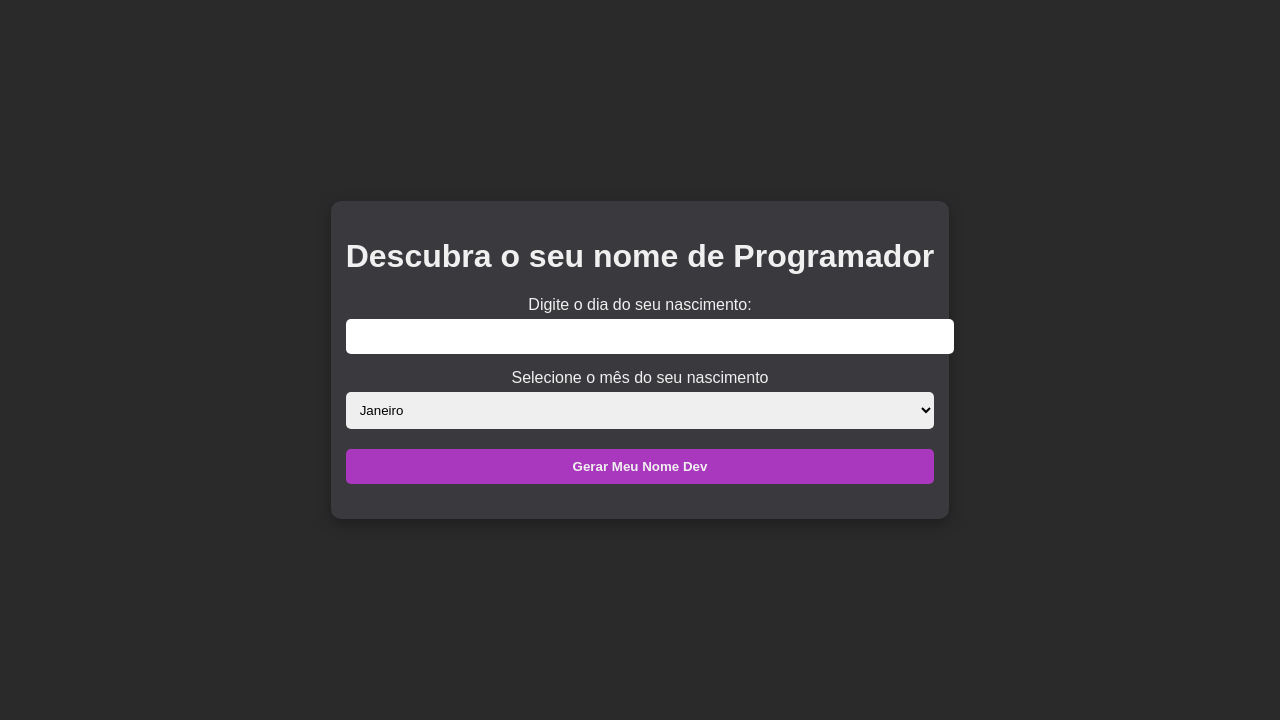
Repository: analessp/seu-nome-dev
Page: index.html
These files come from the project's save history. The page is drawn as it stood at one moment and after the next save; the edit follows.
The browser window is 1280 px wide. The pictures show the whole page.

Above is the page before, as saved 2025-05-13 11:21:52.

After the next save:
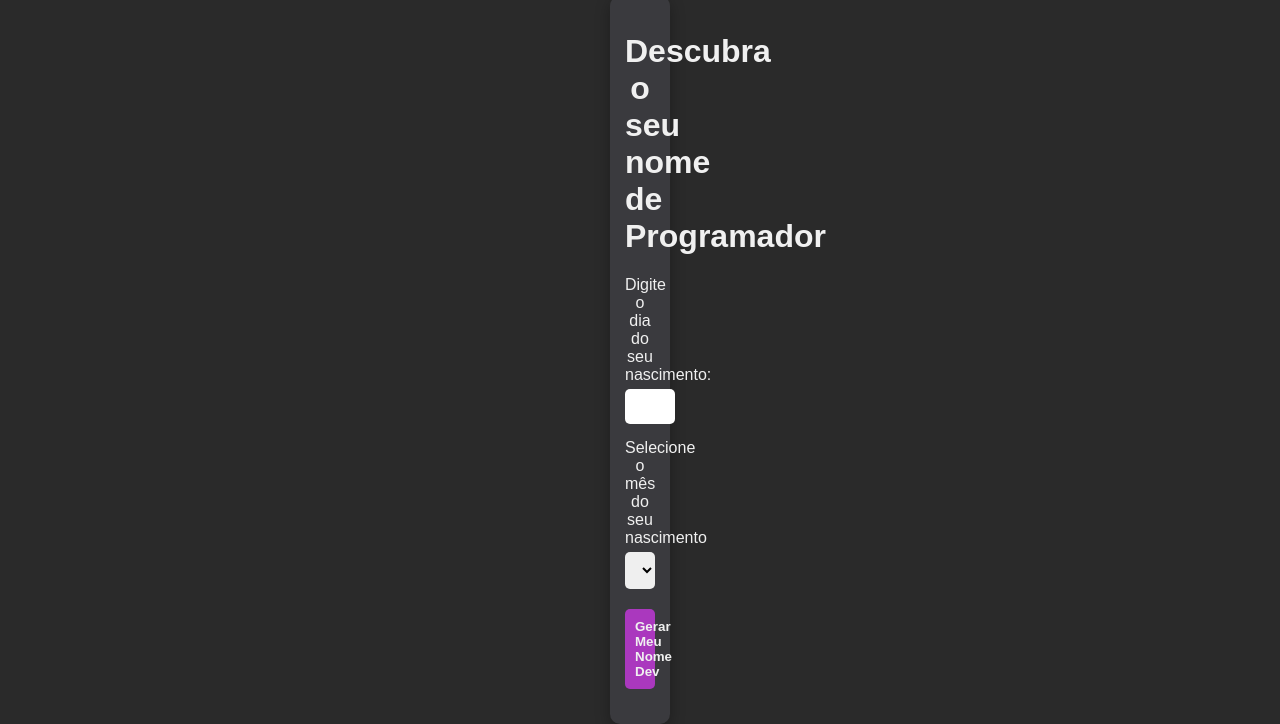
Saved 4 s later.
--- a/styles.css
+++ b/styles.css
@@ -12,7 +12,7 @@ body {
 .container {
     background-color: #3a3a3e;
     padding: 15px;
-    width: 39;
+    width: 30px;
     border-radius: 10px;
     box-shadow: 0px 5px 15px rgba(0, 0, 0, 0.3);
     text-align: center;
